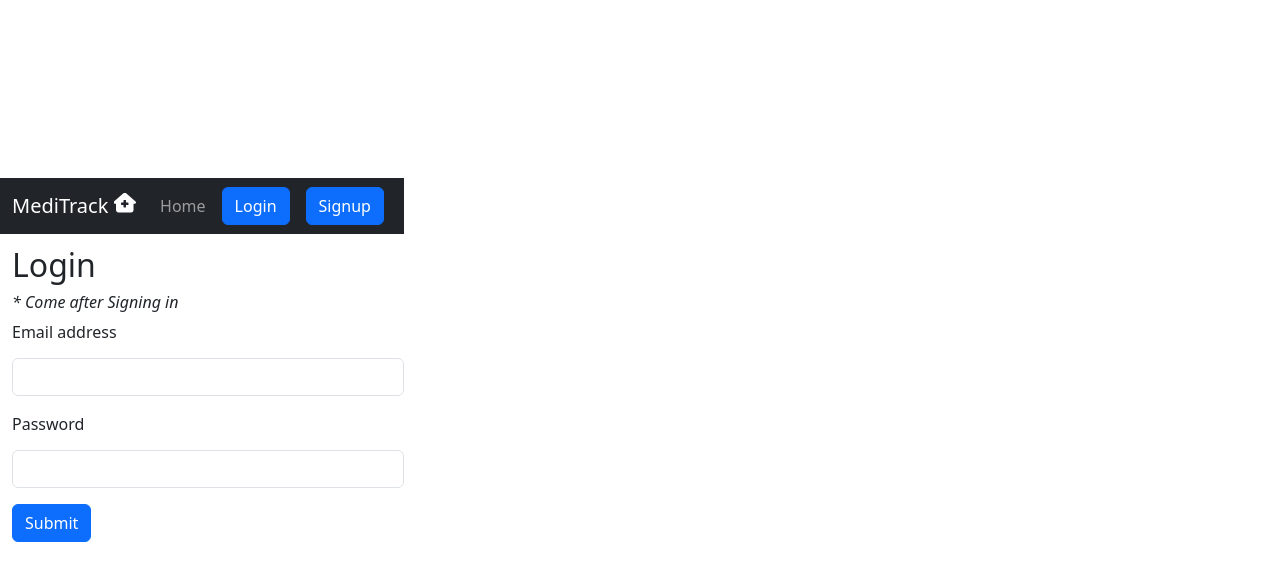
Repository: rahul-chakradhari/PillWise
Page: /doctors (app in frontend/)
An editor plug-in stored every save of this project. The page is shown before and after the next save, followed by the edit.
The browser window is 1280 px wide. The pictures show the whole page.
The project was rebuilt for these pictures with package versions that can differ from the ones it lists, and the page was loaded fresh each time. Also part of the build but not shown: frontend/vite.config.js, frontend/src/components/Home.jsx, frontend/src/components/History.jsx, frontend/src/components/Remainder.jsx, frontend/src/components/Doctors.jsx, frontend/src/components/Healthy.jsx, frontend/src/components/Prescription.jsx, frontend/src/components/Signup.jsx.

Above is the page before, as saved 2025-03-10 15:00:55.

### frontend/index.html
<!DOCTYPE html>
<html lang="en">
  <head>
    <meta charset="UTF-8" />
    <link rel="icon" type="image/svg+xml" href="/icon.webp" />
    <meta name="viewport" content="width=device-width, initial-scale=1.0" />
    <link
      href="https://cdn.jsdelivr.net/npm/bootstrap@5.3.3/dist/css/bootstrap.min.css"
      rel="stylesheet"
      integrity="sha384-QWTKZyjpPEjISv5WaRU9OFeRpok6YctnYmDr5pNlyT2bRjXh0JMhjY6hW+ALEwIH"
      crossorigin="anonymous"
    />
    <link
      rel="stylesheet"
      href="https://cdnjs.cloudflare.com/ajax/libs/font-awesome/6.5.1/css/all.min.css"
    />

    <title>MediTrack-Smart-Medicine-Reminder-Tracker</title>
  </head>
  <body>
    <div id="root"></div>
    <script type="module" src="/src/main.jsx"></script>
    <script
      src="https://cdn.jsdelivr.net/npm/bootstrap@5.3.3/dist/js/bootstrap.bundle.min.js"
      integrity="sha384-YvpcrYf0tY3lHB60NNkmXc5s9fDVZLESaAA55NDzOxhy9GkcIdslK1eN7N6jIeHz"
      crossorigin="anonymous"
    ></script>
  </body>
</html>

### frontend/src/App.jsx
import React from "react";
import { Routes, Route, Navigate } from "react-router-dom";
import Navbar from "./components/Navbar";
import Home from "./components/Home";
import History from "./components/History";
import Remainder from "./components/Remainder";
import Doctors from "./components/Doctors";
import Healthy from "./components/Healthy";
import Prescription from "./components/Prescription";
import Login from "./components/Login";
import Signup from "./components/Signup";
import { ToastContainer } from "react-toastify";

const PrivateRoute = ({ children }) => {
  return localStorage.getItem("auth-token") ? (
    children
  ) : (
    <Navigate to="/login" />
  );
};

function App() {
  return (
    <div className="app">
      <Navbar />
      <Routes>
        <Route path="/" element={<Home />} />
        <Route path="/login" element={<Login />} />
        <Route path="/signup" element={<Signup />} />

        {/* Protected Routes */}
        <Route
          path="/history"
          element={
            <PrivateRoute>
              <History />
            </PrivateRoute>
          }
        />
        <Route
          path="/remainder"
          element={
            <PrivateRoute>
              <Remainder />
            </PrivateRoute>
          }
        />
        <Route
          path="/doctors"
          element={
            <PrivateRoute>
              <Doctors />
            </PrivateRoute>
          }
        />
        <Route
          path="/healthy"
          element={
            <PrivateRoute>
              <Healthy />
            </PrivateRoute>
          }
        />
        <Route
          path="/prescription"
          element={
            <PrivateRoute>
              <Prescription />
            </PrivateRoute>
          }
        />
      </Routes>
      <ToastContainer />
    </div>
  );
}

export default App;

### frontend/src/components/Navbar.jsx
import React, { useEffect, useState } from "react";
import { Link, useNavigate } from "react-router-dom";

const Navbar = () => {
  const navigate = useNavigate();
  const [isLoggedIn, setIsLoggedIn] = useState(
    !!localStorage.getItem("auth-token")
  );

  // Jab bhi auth-token change ho, UI update ho
  useEffect(() => {
    const handleStorageChange = () => {
      setIsLoggedIn(!!localStorage.getItem("auth-token"));
    };

    window.addEventListener("storage", handleStorageChange);
    return () => window.removeEventListener("storage", handleStorageChange);
  }, []);

  // Logout Function
  const handleLogout = () => {
    localStorage.removeItem("auth-token");
    setIsLoggedIn(false);
    navigate("/login");
  };

  return (
    <nav className="navbar navbar-expand-lg navbar-dark bg-dark">
      <div className="container-fluid">
        <Link className="navbar-brand" to="/">
          MediTrack <i className="fa-solid fa-house-medical"></i>
        </Link>
        <button
          className="navbar-toggler"
          type="button"
          data-bs-toggle="collapse"
          data-bs-target="#navbarSupportedContent"
        >
          <span className="navbar-toggler-icon"></span>
        </button>
        <div className="collapse navbar-collapse" id="navbarSupportedContent">
          <ul className="navbar-nav me-auto mb-2 mb-lg-0">
            <li className="nav-item">
              <Link className="nav-link" to="/">
                Home
              </Link>
            </li>

            {/* Protected Routes */}
            {isLoggedIn && (
              <>
                <li className="nav-item">
                  <Link className="nav-link" to="/doctors">
                    Doctors
                  </Link>
                </li>
                <li className="nav-item">
                  <Link className="nav-link" to="/remainder">
                    Remainder
                  </Link>
                </li>
                <li className="nav-item">
                  <Link className="nav-link" to="/history">
                    History & Analytics
                  </Link>
                </li>
                <li className="nav-item">
                  <Link className="nav-link" to="/healthy">
                    Healthy Lifestyle
                  </Link>
                </li>
                <li className="nav-item">
                  <Link className="nav-link" to="/prescription">
                    Prescription
                  </Link>
                </li>
                <li className="nav-item">
                  <Link className="nav-link" to="/contribute">
                    Contribute
                  </Link>
                </li>
              </>
            )}
          </ul>

          {/* Login / Logout Buttons */}
          {!isLoggedIn ? (
            <>
              <Link className="btn btn-primary mx-2" to="/login">
                Login
              </Link>
              <Link className="btn btn-primary mx-2" to="/signup">
                Signup
              </Link>
            </>
          ) : (
            <button className="btn btn-danger mx-2" onClick={handleLogout}>
              Logout
            </button>
          )}
        </div>
      </div>
    </nav>
  );
};

export default Navbar;

### frontend/src/components/Login.jsx
import React, { useState } from "react";
import { toast } from "react-toastify";
import axiosInstance from "../utils/axiosInstant";
import { useNavigate } from "react-router-dom";

const Login = () => {
  const [email, setEmail] = useState("");
  const [password, setPassword] = useState("");
  const navigate = useNavigate();
  const handleSubmit = async (e) => {
    e.preventDefault();
    try {
      const response = await axiosInstance.post("/api/user/login", {
        email,
        password,
      });
      if (response.data.success) {
        toast.success(response.data?.message);
        setTimeout(() => {
          navigate("/");
        }, 2000);
      }
    } catch (error) {
      console.log(error.response?.data?.message);
    }
  };

  return (
    <div className="login">
      <form onSubmit={handleSubmit}>
        <div className="mb-3">
          <h2>Login</h2>
          <h6>
            <i>* Come after Signing in </i>
            <br />
          </h6>
          <label htmlFor="exampleInputEmail1" className="form-label">
            Email address
          </label>
          <input
            type="email"
            className="form-control"
            id="exampleInputEmail1"
            aria-describedby="emailHelp"
            value={email}
            onChange={(e) => setEmail(e.target.value)}
            required
          />
        </div>
        <div className="mb-3">
          <label htmlFor="exampleInputPassword1" className="form-label">
            Password
          </label>
          <input
            type="password"
            className="form-control"
            id="exampleInputPassword1"
            value={password}
            onChange={(e) => setPassword(e.target.value)}
            required
          />
        </div>
        <button type="submit" className="btn btn-primary">
          Submit
        </button>
      </form>
    </div>
  );
};

export default Login;

### frontend/src/components/styles.css
* {
  margin: 0;
  padding: 0;
  box-sizing: border-box;
  overflow-x: hidden; /* Horizontal scroll remove */
}

/* Jo bhi element overflow karega, uski scrollbar hide ho jayegi */
::-webkit-scrollbar {
  display: none; /* Chrome, Safari */
}
body,
html {
  width: 100%;
  height: 100%;
}
body {
  overflow-y: scroll; /* Scroll allow karega */
  scrollbar-width: none; /* Firefox ke liye */
  -ms-overflow-style: none; /* IE aur Edge ke liye */
}

body::-webkit-scrollbar {
  display: none; /* Chrome, Safari ke liye */
}

.container {
  display: flex;
  align-items: center;
  justify-content: space-between;
  padding: 20px;
  width: 100vw;
  height: 100vh;
  overflow-y: scroll;
  scrollbar-width: none; /* Firefox ke liye */
  -ms-overflow-style: none;
}
.container::-webkit-scrollbar {
  display: none;
}

/* CSS */
.button-64 {
  align-items: center;
  background-image: linear-gradient(144deg, #af40ff, #5b42f3 50%, #00ddeb);
  border: 0;
  border-radius: 8px;
  box-shadow: rgba(151, 65, 252, 0.2) 0 15px 30px -5px;
  box-sizing: border-box;
  color: #ffffff;
  display: flex;
  font-family: Phantomsans, sans-serif;
  font-size: 20px;
  justify-content: center;
  line-height: 1em;
  max-width: 100%;
  min-width: 140px;
  padding: 3px;
  text-decoration: none;
  user-select: none;
  -webkit-user-select: none;
  touch-action: manipulation;
  white-space: nowrap;
  cursor: pointer;
}

.button-64:active,
.button-64:hover {
  outline: 0;
}

.button-64 span {
  background-color: rgb(5, 6, 45);
  padding: 16px 24px;
  border-radius: 6px;
  width: 100%;
  height: 100%;
  transition: 300ms;
}

.button-64:hover span {
  background: none;
}

@media (min-width: 768px) {
  .button-64 {
    font-size: 24px;
    min-width: 196px;
  }
}

.button-92 {
  --c: #fff;

  background: linear-gradient(90deg, #0000 33%, #fff5, #0000 67%)
      var(--_p, 100%) / 300% no-repeat,
    #004dff;

  color: #0000;
  border: none;
  transform: perspective(500px) rotateY(calc(20deg * var(--_i, -1)));
  text-shadow: calc(var(--_i, -1) * 0.08em) -0.01em 0 var(--c),
    calc(var(--_i, -1) * -0.08em) 0.01em 2px #0004;
  outline-offset: 0.1em;
  transition: 0.3s;
}

.button-92:hover,
.button-92:focus-visible {
  --_p: 0%;
  --_i: 1;
}

.button-92:active {
  text-shadow: none;
  color: var(--c);
  box-shadow: inset 0 0 9e9Q #0005;
  transition: 0s;
}

.button-92 {
  max-width: 270px;
  min-width: 160px;
  font-weight: bold;
  font-size: -2rem;
  margin: 0;
  cursor: pointer;
  padding: 0.1em 0.3em;
}
.title {
  margin-left: 182px;
  font-family: "Poppins", sans-serif;
  font-weight: bold;
  margin-bottom: 75px;
}
.subtexts {
  font-family: Cambria, Cochin, Georgia, Times, "Times New Roman", serif;
}
.texts {
  font-size: 18px;
  gap: 12px;
  margin-top: 19px;
}
.image {
  flex: 1;
  display: flex;
  width: 399.99px;
  height: 640.01px;
  justify-content: flex-end;
  max-width: 50%;
  overflow: hidden;
  max-width: 100%; /* Image container ko responsive banane ke liye */
  max-height: 100vh;
}

.text {
  flex: 1; /* Text ka section */
  text-align: left; /* Ensure left alignment */
  font-size: 24px;
  font-weight: bold;
}

.animation-style {
  width: 700px; /* Adjust as needed */
  height: 700px; /* Maximum width of animation */
  flex: 1;
  margin-bottom: 122px;
}
/* Doctors Section */
.doctors-container {
  background-color: rgb(59 130 246);
  display: flex;
  justify-content: center;
  align-items: center;
  height: 100vh;
  padding: 20px;
}

.doctors-content {
  display: flex;
  flex-direction: row; /* Left-Right Layout */
  max-width: 1200px;
  width: 100%;
  background: white;
  border-radius: 20px;
  overflow: hidden;
  box-shadow: 0px 4px 10px rgba(0, 0, 0, 0.2);
}

.doctors-image {
  flex: 1;
  display: flex;
  justify-content: center;
  align-items: center;
  padding: 20px;
}

.doctors-text {
  display: flex;
  flex-direction: column;
  flex: 1;
  padding: 40px;
  text-align: left;
  margin-top: 190px;
  margin-left: 54px;
}

.doctors-text .title {
  font-size: 32px;
  font-weight: bold;
  color: #333;
  margin-bottom: 20px;
}

.doctors-text .texts {
  font-size: 18px;
  color: #555;
}

.doctors-text .subtexts {
  font-size: 16px;
  color: #666;
  margin-left: 10px;
}

/* Rewards Section - 3 Cards in 1 Row */
.rewards-container {
  text-align: center;
  padding: 40px;
}

.rewards-grid {
  display: grid;
  grid-template-columns: repeat(3, 1fr); /* 3 cards per row */
  gap: 20px;
  justify-content: center;
  padding: 20px;
}

.card {
  width: 100%;
  max-width: 300px;
  background: white;
  border-radius: 10px;
  box-shadow: 0px 4px 10px rgba(0, 0, 0, 0.1);
  padding: 15px;
  text-align: center;
}

.card img {
  width: 100%;
  height: auto;
  border-radius: 10px;
}

.title {
  font-size: 32px;
  font-weight: bold;
  color: #333;
  margin-bottom: 20px;
  margin-left: 12px;
}

.texts {
  font-size: 18px;
  color: #555;
}

.subtexts {
  font-size: 16px;
  color: #666;
  margin-left: 10px;
}
.doctors-text .texts {
  font-size: 18px;
  color: #555; /* Text ka color */
}

.doctors-text .subtexts {
  font-size: 16px;
  color: #666; /* Subtext ka color */
  margin-left: 10px;
}
.speci {
  margin-top: 12px;
  margin-left: 582px;
}
.stylish {
  display: flex;
  margin-left: 112px;
  gap: 92px;
  margin-top: 12px;
}
.login,
.signup {
  margin-left: 12px;
  margin-top: 12px;
}

### frontend/src/utils/axiosInstant.js
import axios from "axios";

const axiosInstance = axios.create({
  baseURL: "http://localhost:8080",
  headers: {
    "Content-Type": "application/json",
  },
  credentials: "include",
  withCredentials: true,
});

export default axiosInstance;

Loaded but not shown: frontend/src/main.jsx (common file); frontend/src/index.css (common file)

After the next save:
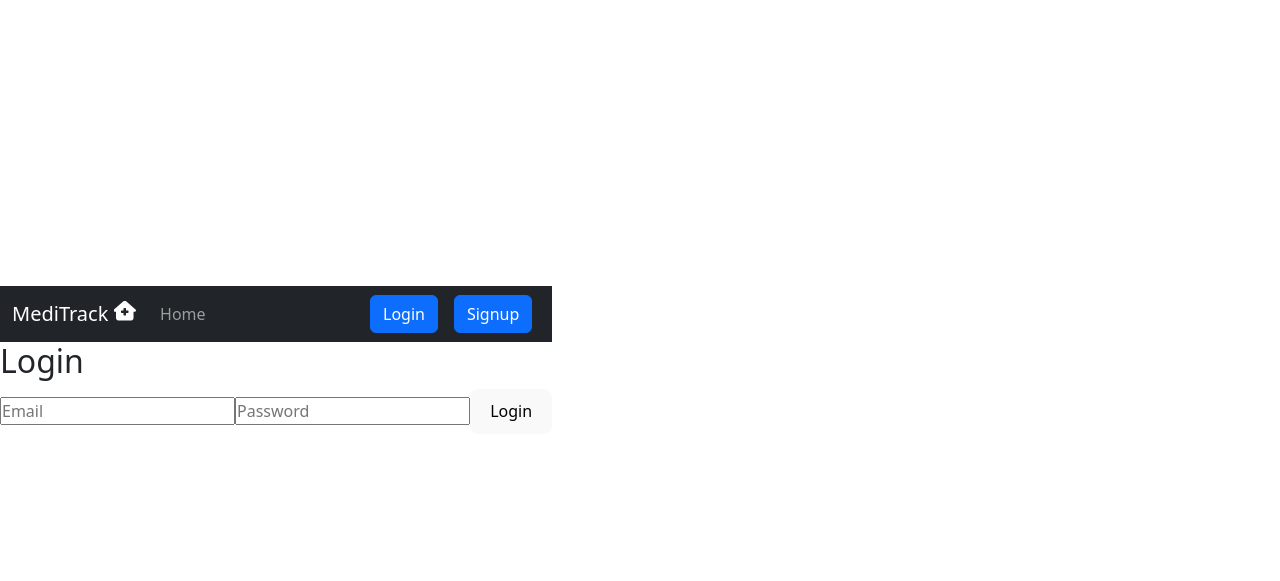
Saved 11 s later.
--- a/frontend/src/components/Login.jsx
+++ b/frontend/src/components/Login.jsx
@@ -1,68 +1,39 @@
 import React, { useState } from "react";
-import { toast } from "react-toastify";
-import axiosInstance from "../utils/axiosInstant";
 import { useNavigate } from "react-router-dom";
 
 const Login = () => {
+  const navigate = useNavigate();
   const [email, setEmail] = useState("");
   const [password, setPassword] = useState("");
-  const navigate = useNavigate();
-  const handleSubmit = async (e) => {
+
+  const handleLogin = (e) => {
     e.preventDefault();
-    try {
-      const response = await axiosInstance.post("/api/user/login", {
-        email,
-        password,
-      });
-      if (response.data.success) {
-        toast.success(response.data?.message);
-        setTimeout(() => {
-          navigate("/");
-        }, 2000);
-      }
-    } catch (error) {
-      console.log(error.response?.data?.message);
-    }
+    // Assume login API returns a token
+    const fakeToken = "123456789";
+    localStorage.setItem("auth-token", fakeToken);
+    window.dispatchEvent(new Event("storage")); // Force update navbar
+    navigate("/");
   };
 
   return (
-    <div className="login">
-      <form onSubmit={handleSubmit}>
-        <div className="mb-3">
-          <h2>Login</h2>
-          <h6>
-            <i>* Come after Signing in </i>
-            <br />
-          </h6>
-          <label htmlFor="exampleInputEmail1" className="form-label">
-            Email address
-          </label>
-          <input
-            type="email"
-            className="form-control"
-            id="exampleInputEmail1"
-            aria-describedby="emailHelp"
-            value={email}
-            onChange={(e) => setEmail(e.target.value)}
-            required
-          />
-        </div>
-        <div className="mb-3">
-          <label htmlFor="exampleInputPassword1" className="form-label">
-            Password
-          </label>
-          <input
-            type="password"
-            className="form-control"
-            id="exampleInputPassword1"
-            value={password}
-            onChange={(e) => setPassword(e.target.value)}
-            required
-          />
-        </div>
-        <button type="submit" className="btn btn-primary">
-          Submit
-        </button>
+    <div className="login-container">
+      <h2>Login</h2>
+      <form onSubmit={handleLogin}>
+        <input
+          type="email"
+          placeholder="Email"
+          value={email}
+          onChange={(e) => setEmail(e.target.value)}
+          required
+        />
+        <input
+          type="password"
+          placeholder="Password"
+          value={password}
+          onChange={(e) => setPassword(e.target.value)}
+          required
+        />
+        <button type="submit">Login</button>
       </form>
     </div>
   );

After the save that followed:
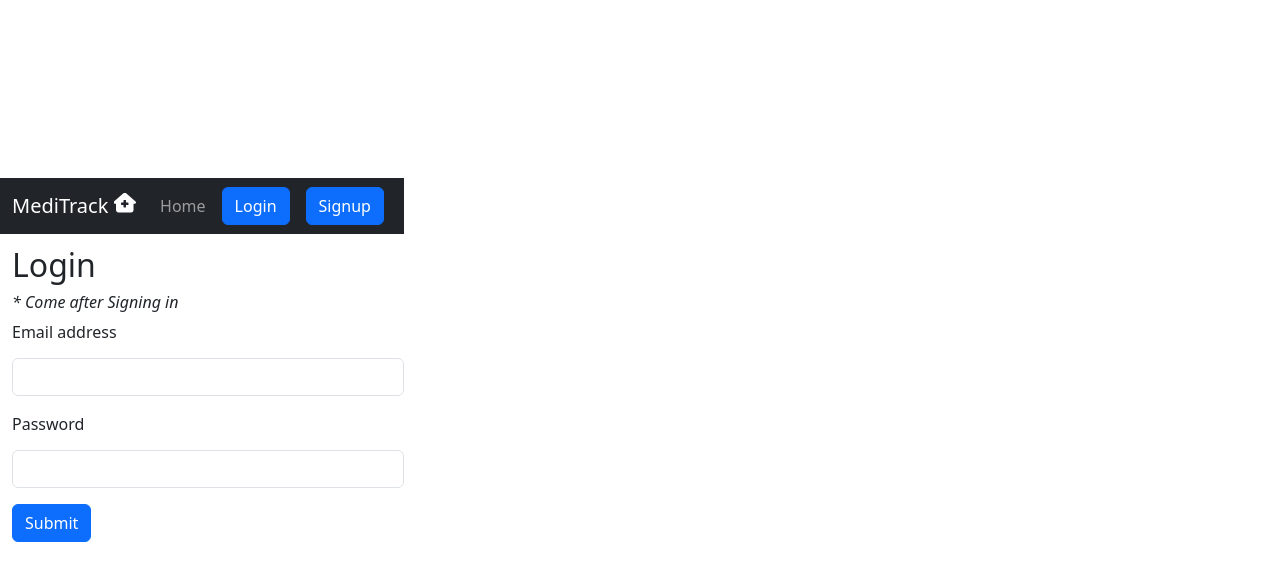
Saved 47 s later.
--- a/frontend/src/components/Login.jsx
+++ b/frontend/src/components/Login.jsx
@@ -1,39 +1,68 @@
 import React, { useState } from "react";
+import { toast } from "react-toastify";
+import axiosInstance from "../utils/axiosInstant";
 import { useNavigate } from "react-router-dom";
 
 const Login = () => {
-  const navigate = useNavigate();
   const [email, setEmail] = useState("");
   const [password, setPassword] = useState("");
-
-  const handleLogin = (e) => {
+  const navigate = useNavigate();
+  const handleSubmit = async (e) => {
     e.preventDefault();
-    // Assume login API returns a token
-    const fakeToken = "123456789";
-    localStorage.setItem("auth-token", fakeToken);
-    window.dispatchEvent(new Event("storage")); // Force update navbar
-    navigate("/");
+    try {
+      const response = await axiosInstance.post("/api/user/login", {
+        email,
+        password,
+      });
+      if (response.data.success) {
+        toast.success(response.data?.message);
+        setTimeout(() => {
+          navigate("/");
+        }, 2000);
+      }
+    } catch (error) {
+      console.log(error.response?.data?.message);
+    }
   };
 
   return (
-    <div className="login-container">
-      <h2>Login</h2>
-      <form onSubmit={handleLogin}>
-        <input
-          type="email"
-          placeholder="Email"
-          value={email}
-          onChange={(e) => setEmail(e.target.value)}
-          required
-        />
-        <input
-          type="password"
-          placeholder="Password"
-          value={password}
-          onChange={(e) => setPassword(e.target.value)}
-          required
-        />
-        <button type="submit">Login</button>
+    <div className="login">
+      <form onSubmit={handleSubmit}>
+        <div className="mb-3">
+          <h2>Login</h2>
+          <h6>
+            <i>* Come after Signing in </i>
+            <br />
+          </h6>
+          <label htmlFor="exampleInputEmail1" className="form-label">
+            Email address
+          </label>
+          <input
+            type="email"
+            className="form-control"
+            id="exampleInputEmail1"
+            aria-describedby="emailHelp"
+            value={email}
+            onChange={(e) => setEmail(e.target.value)}
+            required
+          />
+        </div>
+        <div className="mb-3">
+          <label htmlFor="exampleInputPassword1" className="form-label">
+            Password
+          </label>
+          <input
+            type="password"
+            className="form-control"
+            id="exampleInputPassword1"
+            value={password}
+            onChange={(e) => setPassword(e.target.value)}
+            required
+          />
+        </div>
+        <button type="submit" className="btn btn-primary">
+          Submit
+        </button>
       </form>
     </div>
   );
